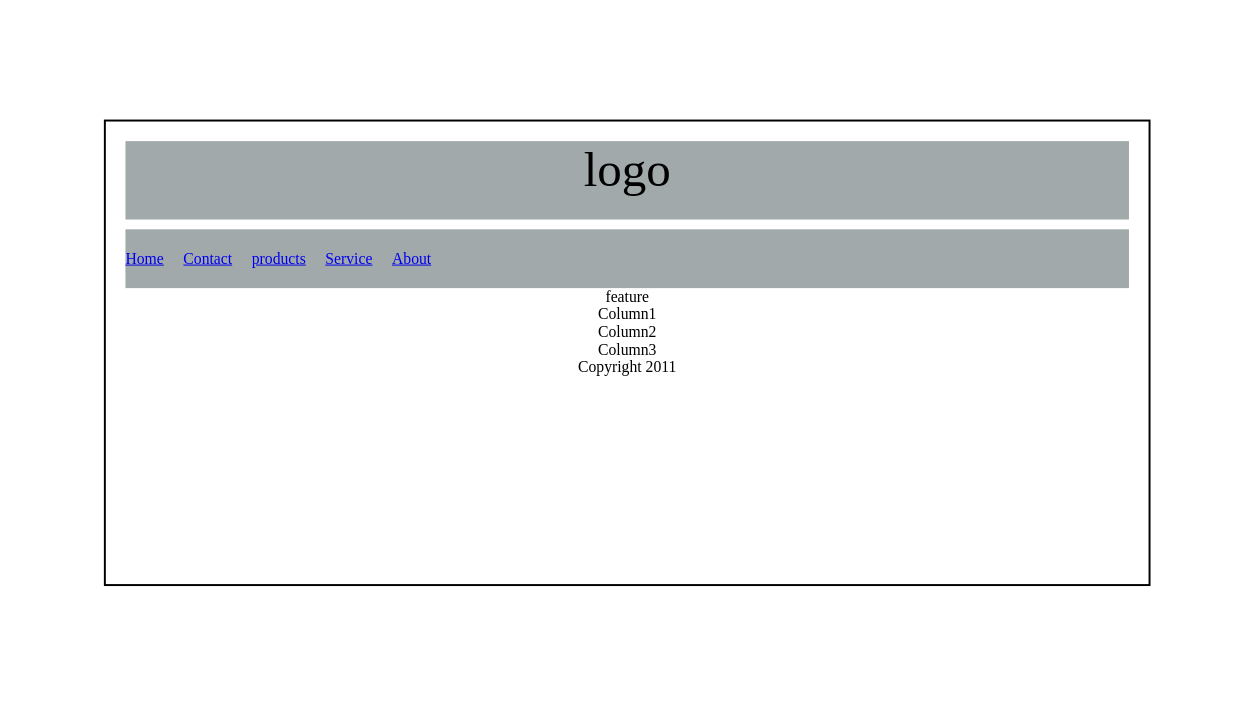
Repository: darakhbroth-lang/webhtml
Page: homeword/h3.html
These files come from the project's save history. The page is drawn as it stood at one moment and after the next save; the edit follows.
The browser window is 1280 px wide. The pictures show the whole page, at 98% of full size.

Above is the page before, as saved 2026-05-19 20:26:06.

After the next save:
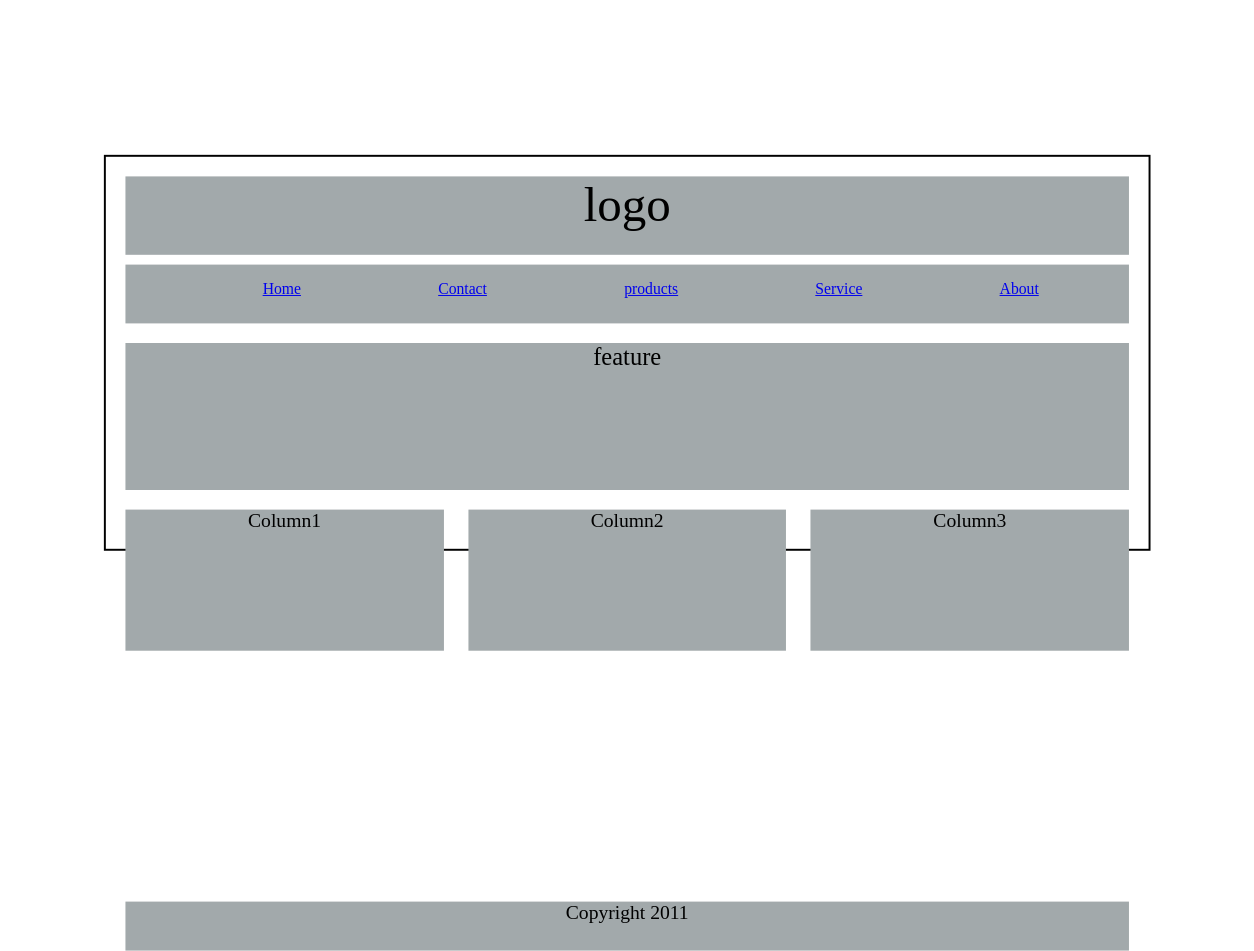
Saved 12 h 12 min later.
--- a/homeword/h3.css
+++ b/homeword/h3.css
@@ -8,13 +8,15 @@ body{
     height: 100vh;
     display: flex;
     background-color: white;
+
 }
 .contain{
     width: 80%;
-    height:60vh;
+    height:50vh;
     border: 2px solid black;
     margin: auto;
     padding: 20px;
+
 }
 .head{
     width: 100%;
@@ -29,16 +31,41 @@ body{
     width: 100%;
     height: 60px;
     background-color: rgb(162, 169, 171);
+    align-items: center;
     justify-content: space-between;
-    align-items: center;
-    text-align: center;
+    margin-bottom: 20px;
 }
 .list{
     list-style: none;
     display: flex;
-    gap:20px;
 }
 .list li{
-    text-decoration: none;
-    margin-left: ;
+    margin-left: 140px ;
+    margin-bottom: 10px;
 }
+.mid{
+    width: 100%;
+    height:150px;
+    background-color: rgb(162, 169, 171);
+    font-size: 25px;
+    margin-bottom: 20px;
+}
+.box{
+    display: grid;
+    grid-template-columns: repeat(3,1fr);
+    grid-template-rows: 400px;
+    gap:25px;
+
+}
+.card{
+    width: 100%;
+    height: 20vh;
+    background-color:rgb(162, 169, 171);
+    font-size: 20px;
+}
+.foot{
+    width: 100%;
+    height: 7vh;
+    background-color: rgb(162, 169, 171);
+    font-size: 20px;
+}
